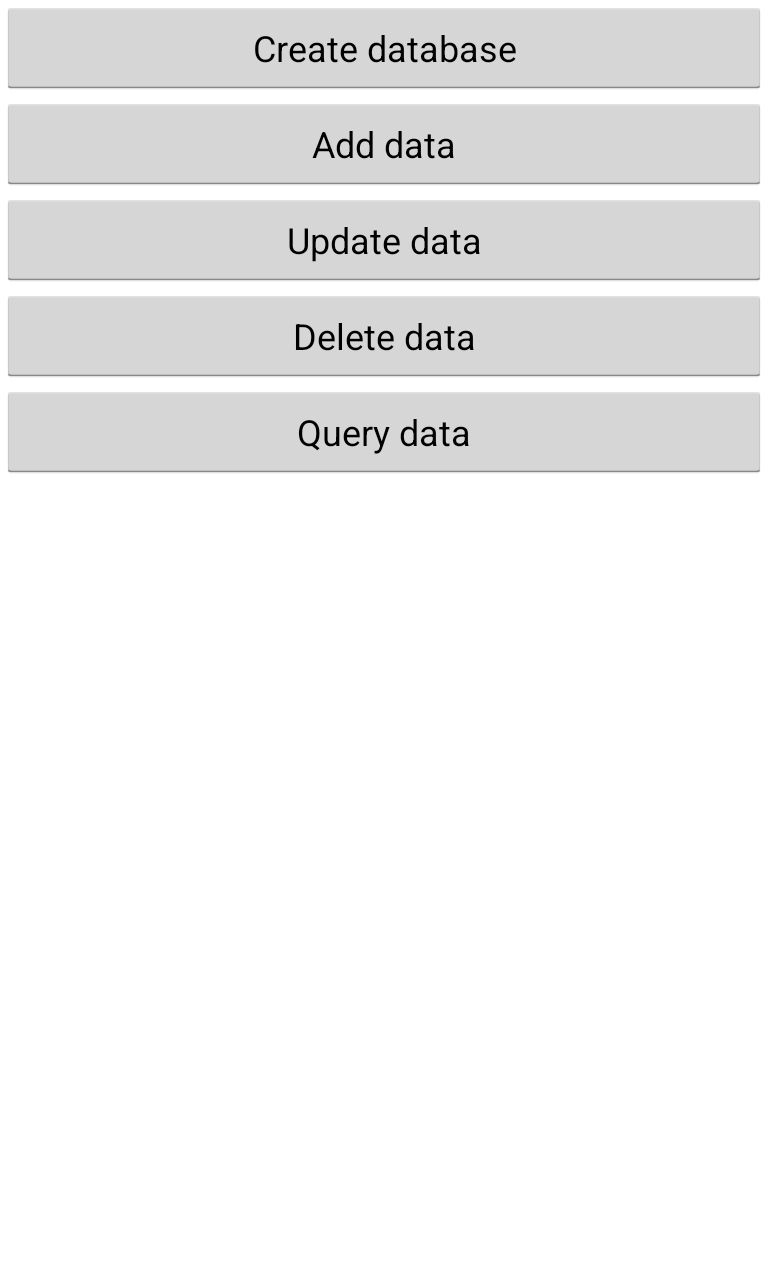
Repository: Wang-Xuan/Hello-World
Layout: DatabaseTest/res/layout/activity_main.xml
The author's editor kept a copy of each file at every save. The layout is drawn from the files as they stood at one save, then again after the next save.
It is drawn on a 768 x 1280 px phone screen (xhdpi) without system bars, with theme AppTheme; the app's code is not run.

Above is the layout before, as saved 2015-03-11 13:48:55.

After the next save:
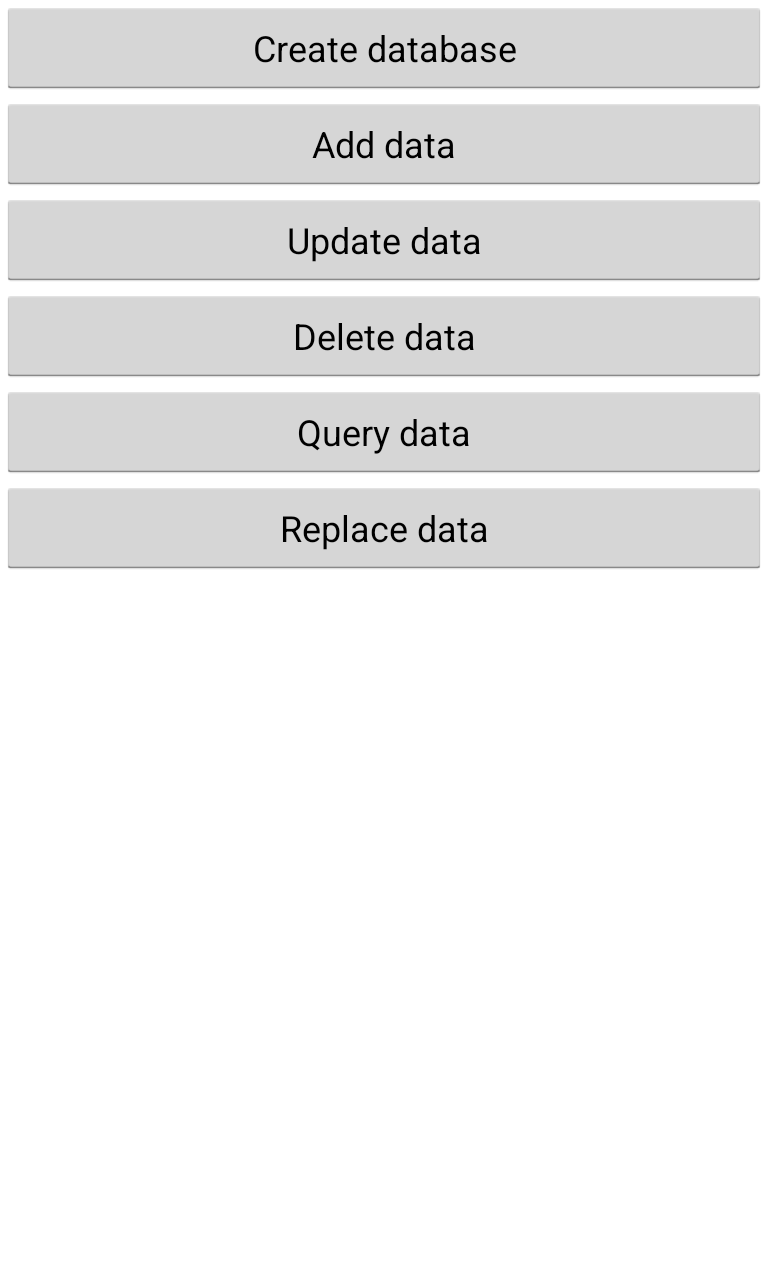
Saved 19 min 35 s later.
--- a/DatabaseTest/res/layout/activity_main.xml
+++ b/DatabaseTest/res/layout/activity_main.xml
@@ -33,4 +33,10 @@
 	    android:layout_height="wrap_content"
 	    android:text="Query data" />
 
+	<Button
+	    android:id="@+id/replace_data"
+	    android:layout_width="match_parent"
+	    android:layout_height="wrap_content"
+	    android:text="Replace data" />
+
 </LinearLayout>
